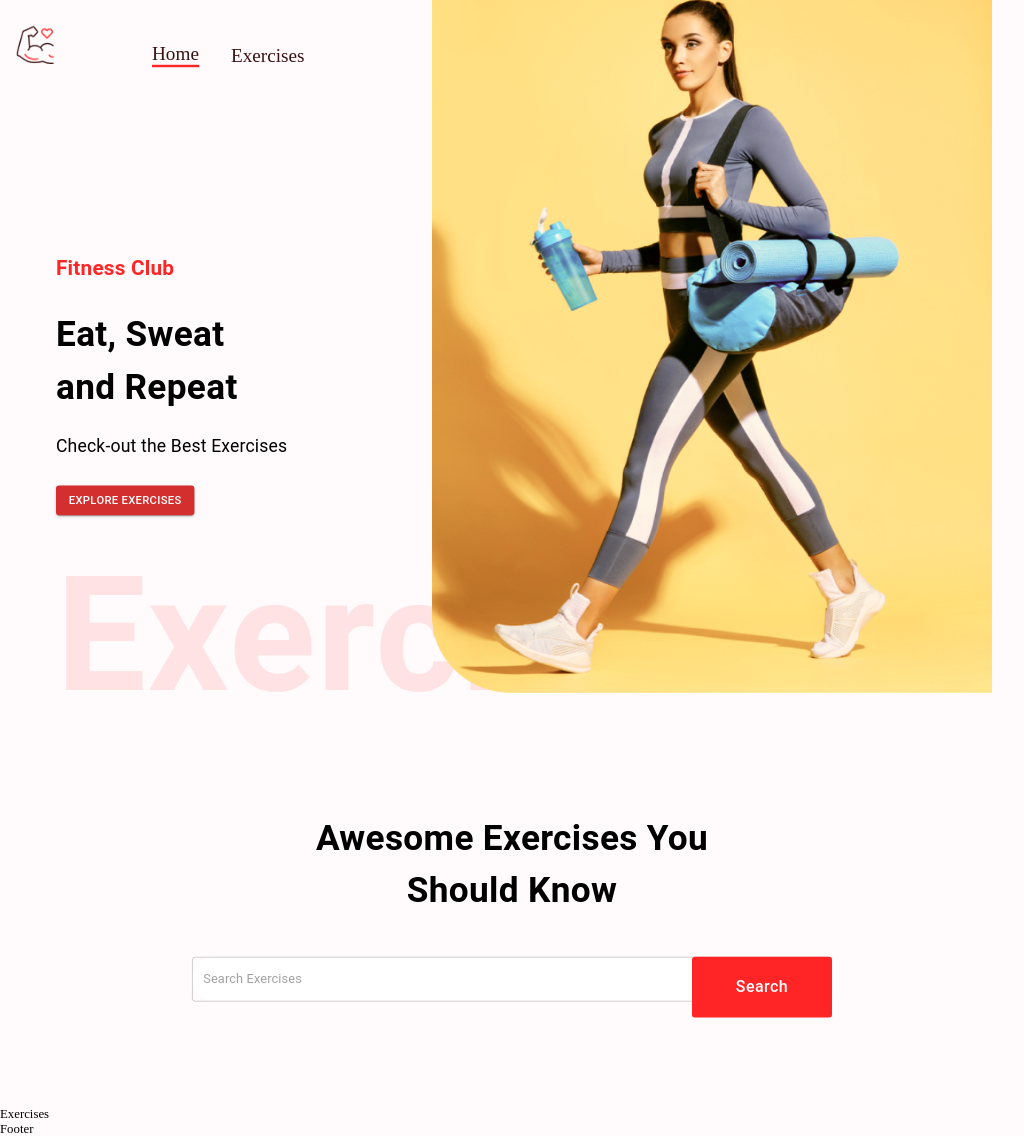
Repository: remydev47/fitness-center
Page: /
An editor plug-in stored every save of this project. The page is shown before and after the next save, followed by the edit.
The browser window is 1280 px wide. The pictures show the whole page, at 80% of full size.
The page's requests for data from a server got no answer. The project was rebuilt for these pictures with package versions that can differ from the ones it lists, and the page was loaded fresh each time. No one was signed in, and anything a server would have sent is missing. Also part of the build but not shown: src/pages/ExerciseDetail.js.

Above is the page before, as saved 2022-07-28 23:56:03.

After the next save:
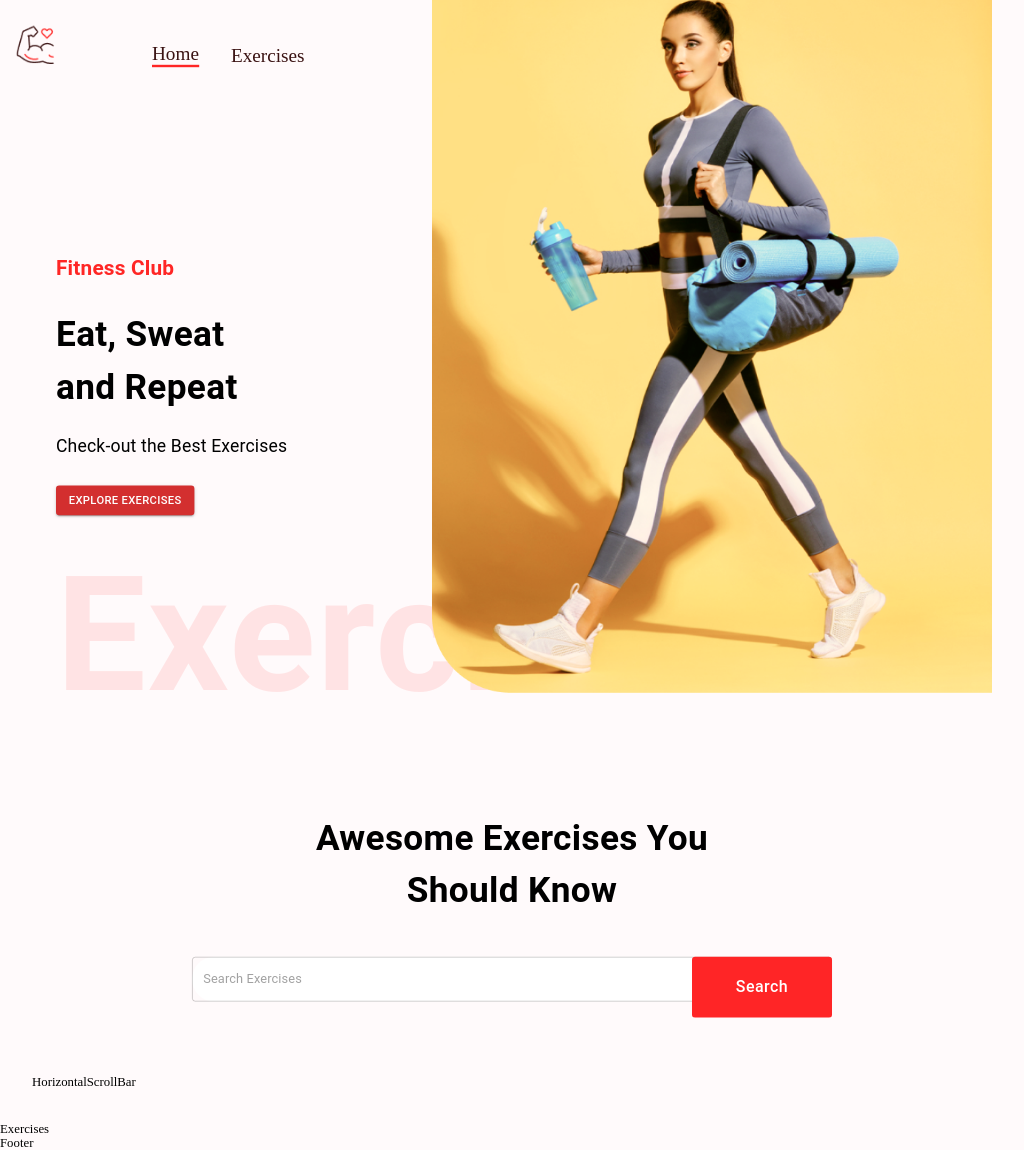
Saved 77 s later.
--- a/src/components/HorizontalScrollBar.js
+++ b/src/components/HorizontalScrollBar.js
@@ -4,7 +4,7 @@
 const HorizontalScrollBar = ({ data }) => {
   return (
     <div>
-        {data.map((item) => {
+        {/* {data.map((item) => {
             <Box
               key={item.id || item}
               itemId={item.id || item}
@@ -13,7 +13,8 @@
             >
                 {item}
             </Box>
-        })}
+        })} */}
+        HorizontalScrollBar
     </div>
   )
 }

After the save that followed:
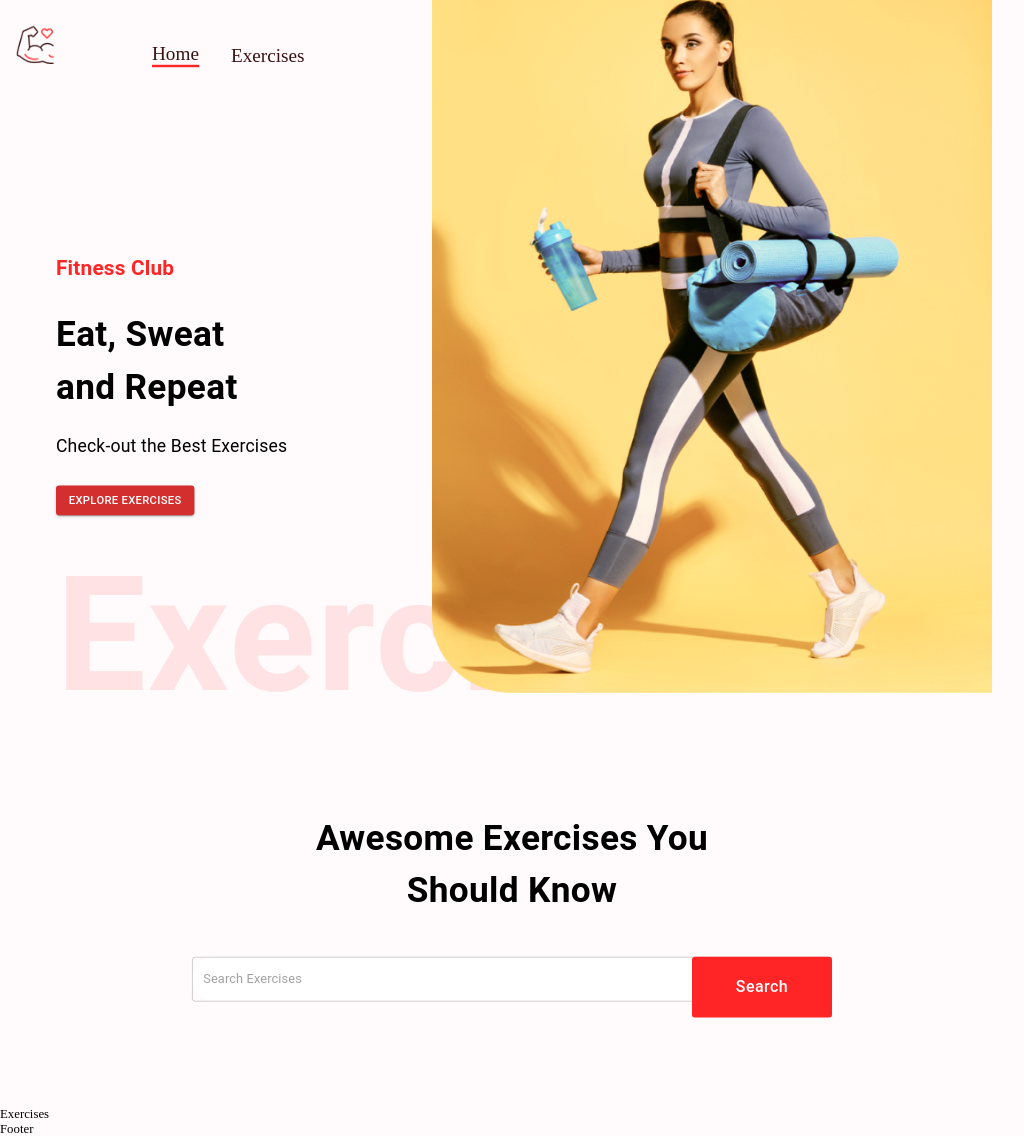
Saved 2 min 42 s later.
--- a/src/components/HorizontalScrollBar.js
+++ b/src/components/HorizontalScrollBar.js
@@ -4,17 +4,16 @@
 const HorizontalScrollBar = ({ data }) => {
   return (
     <div>
-        {/* {data.map((item) => {
-            <Box
-              key={item.id || item}
-              itemId={item.id || item}
-              title={item.id || item}
-              m="0, 40px"
-            >
-                {item}
-            </Box>
-        })} */}
-        HorizontalScrollBar
+        {data.map((item) => (
+           <Box
+           key={item.id || item}
+           itemId={item.id || item}
+           title={item.id || item}
+           m="0, 40px"
+         >
+             {item}
+         </Box>
+        ))}
     </div>
   )
 }
